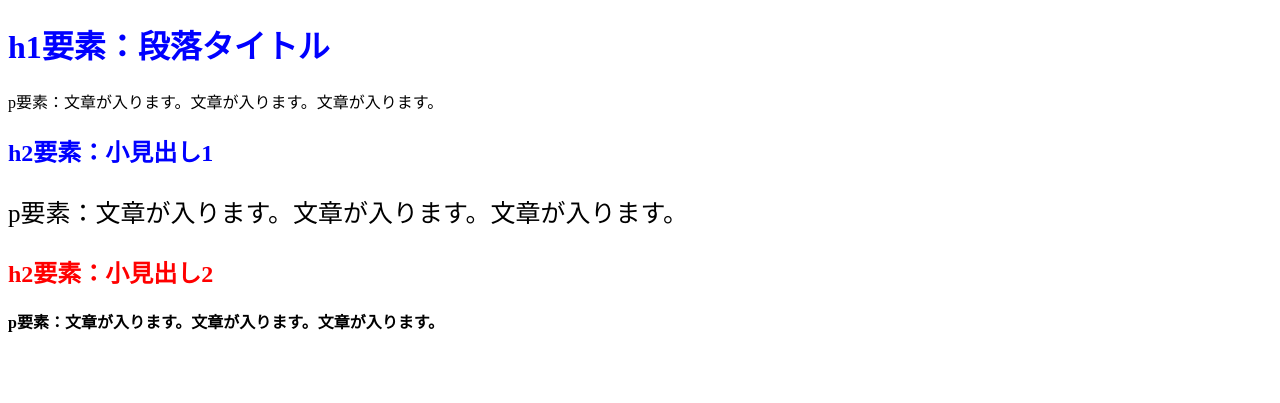
Repository: royal3773/samurai_HTML-CSS
Page: index.html
The author's editor kept a record of every edit. The page is drawn from the files as they stood at one moment, then again after the next edit.
The browser window is 1280 px wide. The pictures show the whole page.

Above is the page before.

After the next edit:
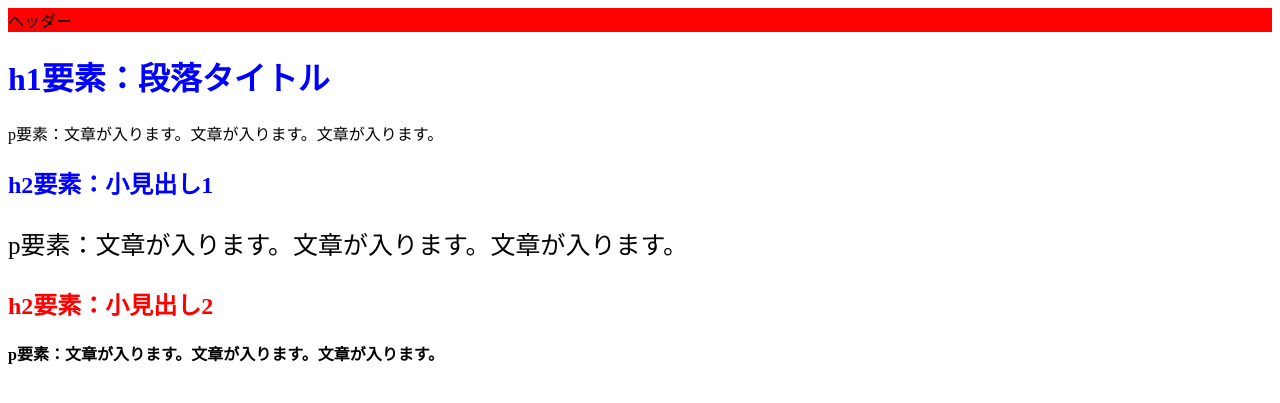
The edit:
--- a/index.html
+++ b/index.html
@@ -11,6 +11,7 @@
     </style>
   </head>
   <body>
+    <header>ヘッダー</header>
     <h1 class="blue">h1要素：段落タイトル</h1>
     <p>p要素：文章が入ります。文章が入ります。文章が入ります。</p>
     <h2 class="blue">h2要素：小見出し1</h2>

After the edit that followed:
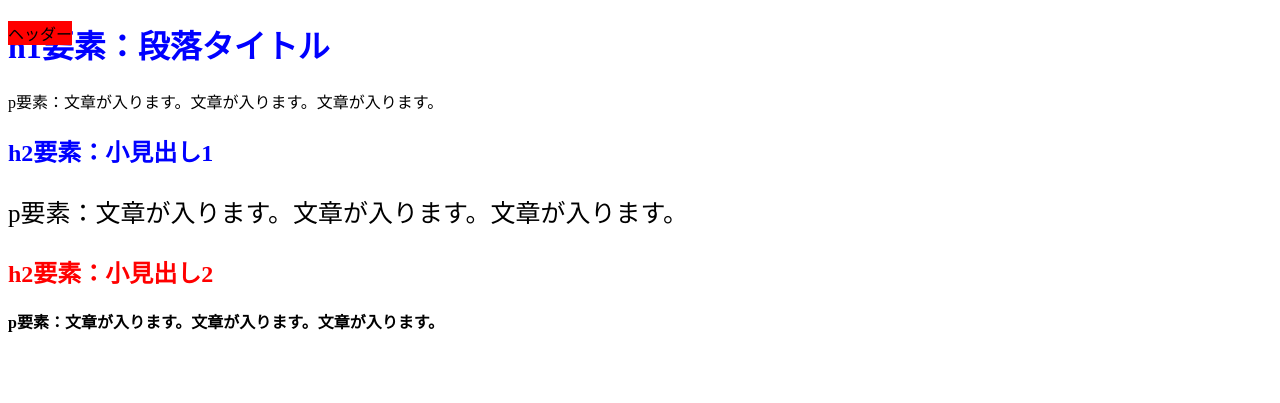
The edit:
--- a/index.html
+++ b/index.html
@@ -7,6 +7,10 @@
     <style>
       header{
         background-color: red;
+        position: fixed;
+      }
+      foother {
+        background-color: blue;
       }
     </style>
   </head>
